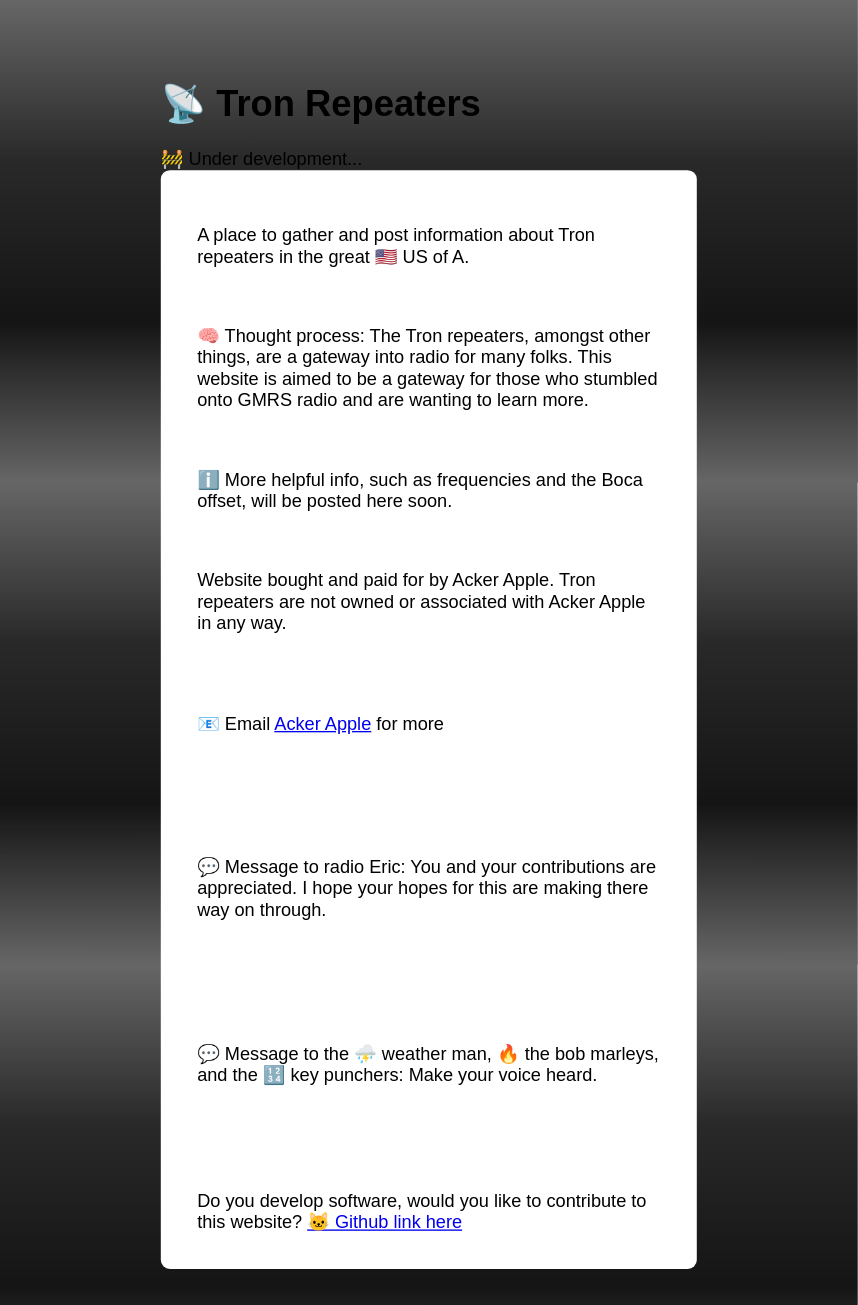
Repository: AckerApple/tronrepeaters
Page: index.html
These files come from the project's save history. The page is drawn as it stood at one moment and after the next save; the edit follows.
The browser window is 1280 px wide. The pictures show the whole page, at 67% of full size.
Backgrounds fixed to the window are drawn as part of the page.

Above is the page before, as saved 2025-01-15 14:45:17.

After the next save:
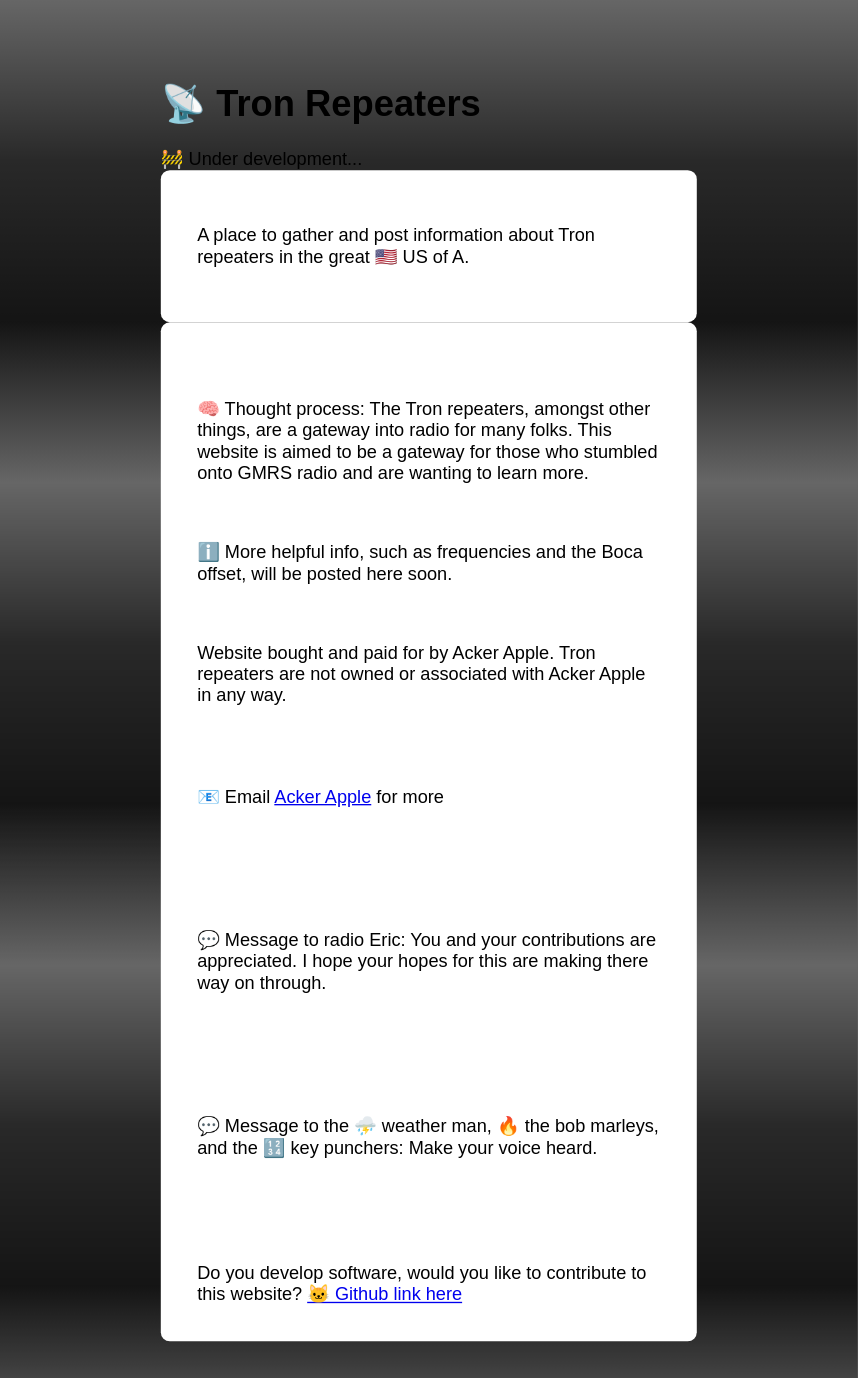
Saved 18 s later.
--- a/index.html
+++ b/index.html
@@ -30,6 +30,8 @@
       <div>🚧 Under development...</div>
       <div style="background-color: white;border-radius: .5em;padding:2em;">
         <p>A place to gather and post information about Tron repeaters in the great 🇺🇸 US of A.</p>
+      </div>
+      <div style="background-color: white;border-radius: .5em;padding:2em;">
         <br />
         <p>🧠 Thought process: The Tron repeaters, amongst other things, are a gateway into radio for many folks. This website is aimed to be a gateway for those who stumbled onto GMRS radio and are wanting to learn more.</p>
         <br />
